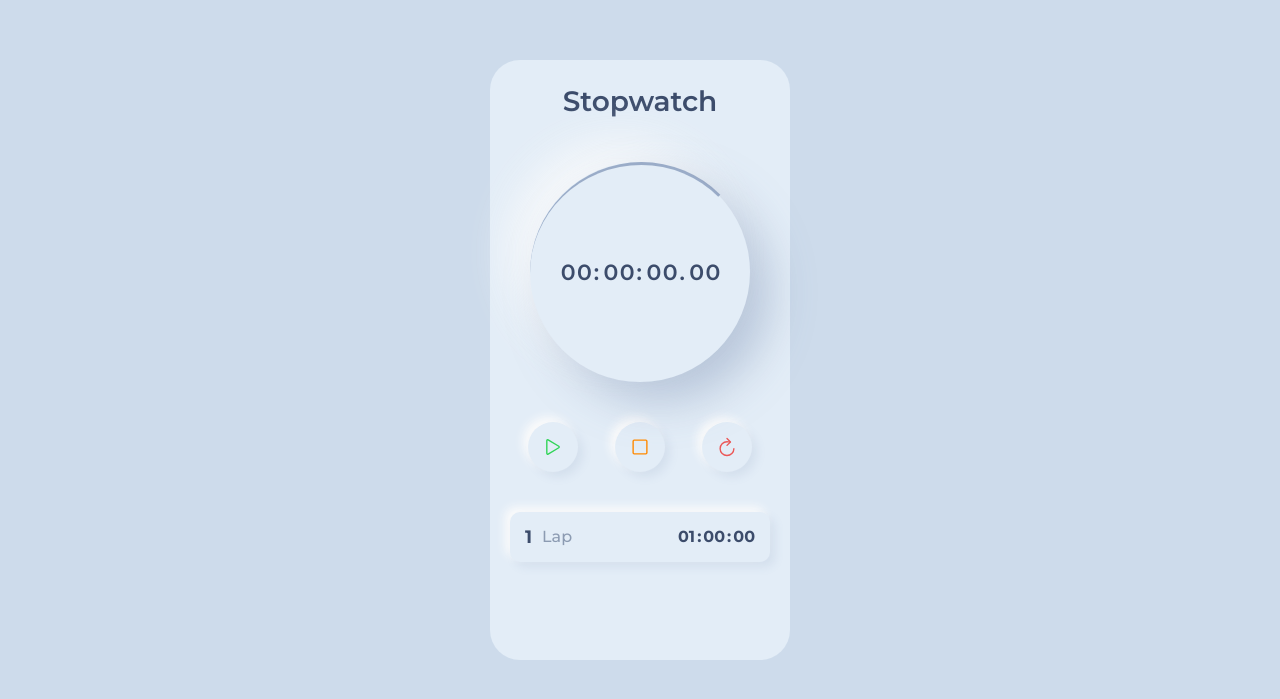
Repository: dinhtri123/stopwatch
Page: index.html
An editor plug-in stored every save of this project. The page is shown before and after a run of saves, followed by the edit.
The browser window is 1280 px wide. The pictures show the whole page.

Above is the page before, as saved 2023-01-05 09:47:15.

### index.html
<!DOCTYPE html>
<html lang="en">
  <head>
    <meta charset="UTF-8" />
    <meta http-equiv="X-UA-Compatible" content="IE=edge" />
    <meta name="viewport" content="width=device-width, initial-scale=1.0" />
    <script
      type="module"
      src="https://unpkg.com/ionicons@5.5.2/dist/ionicons/ionicons.esm.js"
    ></script>
    <script
      nomodule
      src="https://unpkg.com/ionicons@5.5.2/dist/ionicons/ionicons.js"
    ></script>
    <title>Stop Watch</title>
    <link rel="stylesheet" href="style.css" />
  </head>
  <body>
    <div class="wrapper">
      <h3>Stopwatch</h3>
      <div class="timer">
        <p class="hours">00</p>
        <span>:</span>
        <p class="minutes">00</p>
        <span>:</span>
        <p class="seconds">00</p>
        <span>.</span>
        <p class="milis">00</p>
      </div>
      <div class="btn">
        <button class="btn-start">
          <ion-icon name="play-outline"></ion-icon>
        </button>
        <button class="btn-stop" disabled>
          <ion-icon name="stop-outline"></ion-icon>
        </button>
        <button class="btn-reset">
          <ion-icon name="refresh-outline"></ion-icon>
        </button>
      </div>
      <div class="history">
        <div class="lap">
          <div class="number-lap">
            <p>1</p>
            <span>Lap</span>
          </div>
          <div class="timer-lap">
            <p>01</p>
            <span>:</span>
            <p>00</p>
            <span>:</span>
            <p>00</p>
          </div>
        </div>
      </div>
    </div>
  </body>
  <script src="index.js"></script>
</html>

### style.css
@import url("https://fonts.googleapis.com/css2?family=Montserrat:wght@400;500;600;700&display=swap");
* {
  margin: 0;
  padding: 0;
  box-sizing: border-box;
  font-family: "Montserrat", sans-serif;
}
body {
  width: 100%;
  min-height: 100vh;
  height: 100%;
  font-size: 16px;
  line-height: 1.5;
  font-weight: 400;
  background-color: #cddbeb;
  display: flex;
  justify-content: center;
  align-items: center;
}
.wrapper {
  width: 300px;
  height: 600px;
  border-radius: 30px;
  background: #e3edf7;
  padding: 20px;
  display: flex;
  flex-direction: column;
  justify-content: flex-start;
  align-items: center;
  gap: 40px;
}
h3 {
  font-size: 28px;
  color: #3c4c6b;
  text-align: center;
  font-weight: 600;
}
.timer {
  background-color: #e3edf7;
  width: 220px;
  height: 220px;
  border-radius: 50%;
  display: flex;
  justify-content: center;
  align-items: center;
  gap: 3px;
  box-shadow: 20px 20px 45px #6a80a85d, -20px -20px 45px #fbfbfbd9;
  font-size: 22px;
  font-weight: 600;
  color: #3c4c6b;
  letter-spacing: 1.5px;
  position: relative;
}
.timer > p {
  width: 30px;
}
.timer::before {
  content: "";
  position: absolute;
  inset: 0;
  width: 220px;
  height: 220px;
  border-radius: 50%;
  border-top: 3px solid #6a80a899;
  border-right: 3px solid transparent;
  animation: during 1s linear infinite;
}
@keyframes during {
  to {
    transform: rotate(360deg);
  }
}

.btn {
  width: 100%;
  display: flex;
  justify-content: space-around;
}
button {
  background-color: #e3edf7;
  border: none;
  outline: none;
  border-radius: 50%;
  width: 50px;
  height: 50px;
  font-weight: 700;
  color: #3c4c6b;
  box-shadow: 5px 5px 10px #6a80a81e, -5px -5px 10px #fbfbfb;
  cursor: pointer;
  font-size: 22px;
  display: flex;
  justify-content: center;
  align-items: center;
}
.btn-start {
  color: #30d457;
}
.btn-stop {
  color: #ff8900;
  user-select: none;
  cursor: not-allowed;
  background-color: rgba(, green, blue, alpha);
}
.btn-reset {
  color: #eb5757;
}

.history {
  width: 100%;
  display: flex;
  flex-direction: column;
  gap: 20px;
}
.lap {
  width: 100%;
  height: 50px;
  background-color: #e3edf7;
  border-radius: 10px;
  box-shadow: 5px 5px 10px #6a80a81e, -5px -5px 10px #fbfbfb;
  display: flex;
  justify-content: space-between;
  align-items: center;
  padding: 10px 15px;
}
.number-lap {
  display: flex;
  align-items: center;
  gap: 10px;
}
.number-lap > p {
  font-size: 18px;
  font-weight: 700;
  color: #3c4c6b;
}
.number-lap > span {
  font-weight: 500;
  color: #8c9bb2;
}
.timer-lap {
  display: flex;
  gap: 2px;
  color: #3c4c6b;
  font-weight: 700;
  letter-spacing: 1.5;
}

### index.js
const btnStart = document.querySelector(".btn-start");
const seconds = document.querySelector(".seconds");
const minutes = document.querySelector(".minutes");
const hours = document.querySelector(".hours");
const miliseconds = document.querySelector(".milis");

btnStart.addEventListener("click", function () {
  let milis = 0;
  let sec = 0;
  let min = 0;
  let hrs = 0;
  let interval = setInterval(() => {
    milis++;
    let timerMilis = milis < 10 ? "0" + milis : milis;
    miliseconds.textContent = timerMilis > 99 ? (milis = "0" + 0) : timerMilis;
    if (timerMilis === 100) {
      sec++;
      let timer = sec < 10 ? "0" + sec : sec;
      seconds.textContent = timer > 59 ? (sec = "0" + 0) : timer;
      if (timer === 60) {
        min++;
        let timerMin = min < 10 ? "0" + min : min;
        if (min === 60) {
          hrs++;
          hours.textContent = hrs < 10 ? "0" + hrs : hrs;
        }
        minutes.textContent = timerMin > 59 ? (min = "0" + 0) : timerMin;
      }
    }
  }, 10);

  // change text btn
  btnStart.textContent = "Pause";
  if (btnStart.textContent === "Pause") {
    clearInterval(interval);

  }
});

After the next 2 saves:
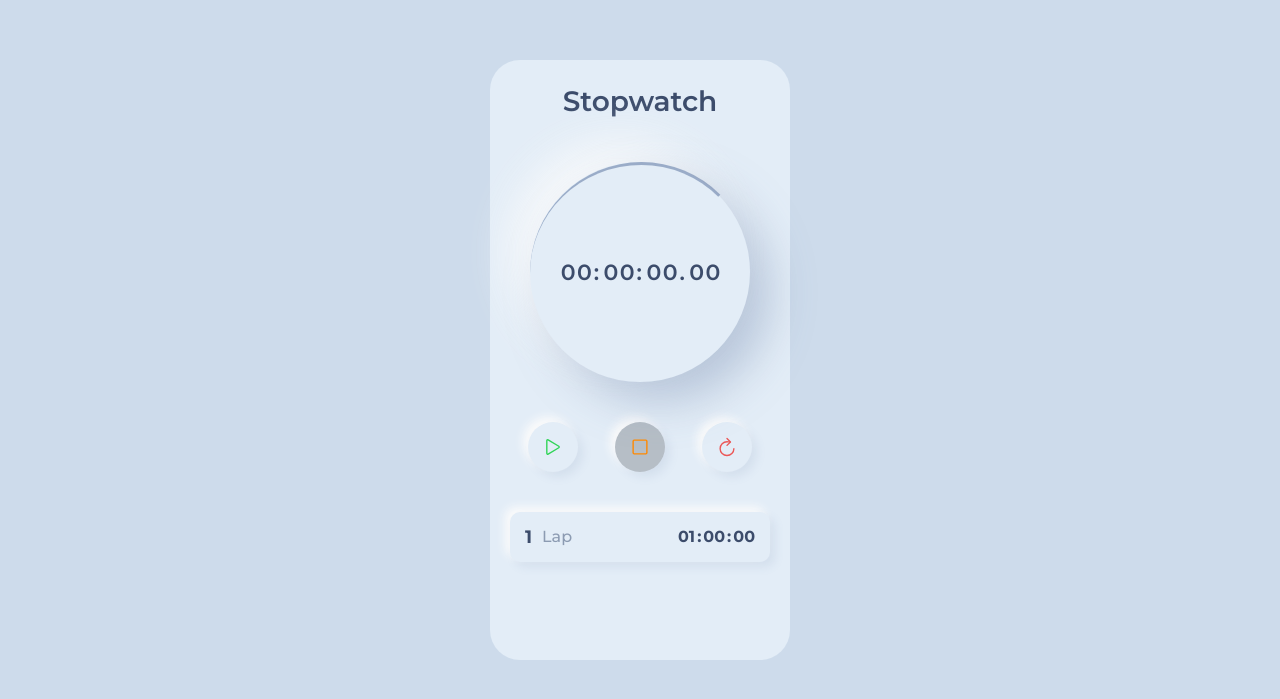
The 2 saves are shown as one change because they came seconds apart.
The last was saved 8 s later.
--- a/style.css
+++ b/style.css
@@ -99,7 +99,7 @@ button {
   color: #ff8900;
   user-select: none;
   cursor: not-allowed;
-  background-color: rgba(, green, blue, alpha);
+  background-color: rgba(0,0,0,0.2);
 }
 .btn-reset {
   color: #eb5757;
